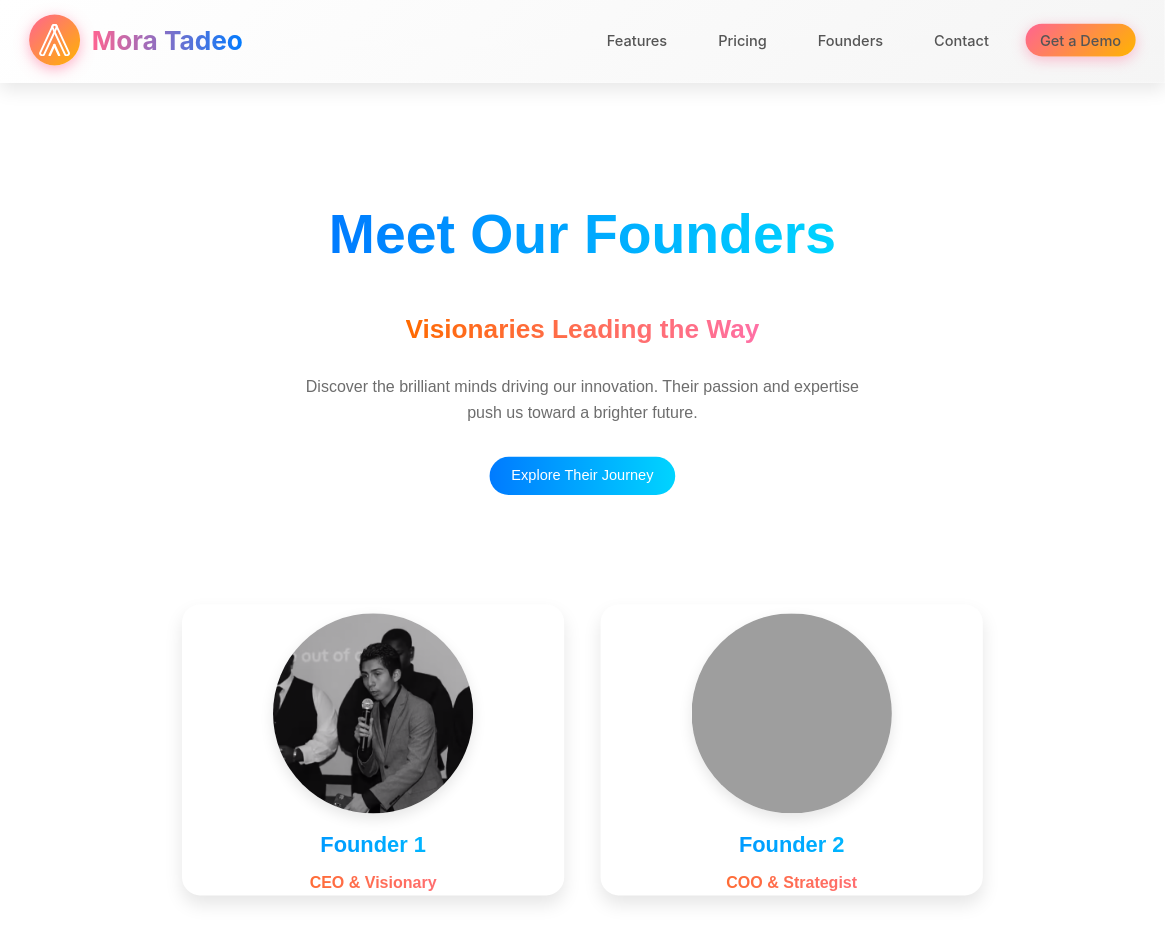
Repository: AbrahamM007/moratadeo
Page: /founders
These files come from the project's save history. The page is drawn as it stood at one moment and after the next save; the edit follows.
The browser window is 1280 px wide. The pictures show the whole page, at 91% of full size.
Pictures or frames that could not be fetched are drawn as grey boxes. The project was rebuilt for these pictures with package versions that can differ from the ones it lists, and the page was loaded fresh each time. Also part of the build but not shown: src/HeroSection.css, src/HeroSection.js, src/InfoSection.css, src/InfoSection.js, src/RoadmapSection.css, src/RoadmapSection.js, src/DesignPhaseSection.js, src/HeroBanner.js and 7 more.

Above is the page before, as saved 2025-01-12 22:46:10.

After the next save:
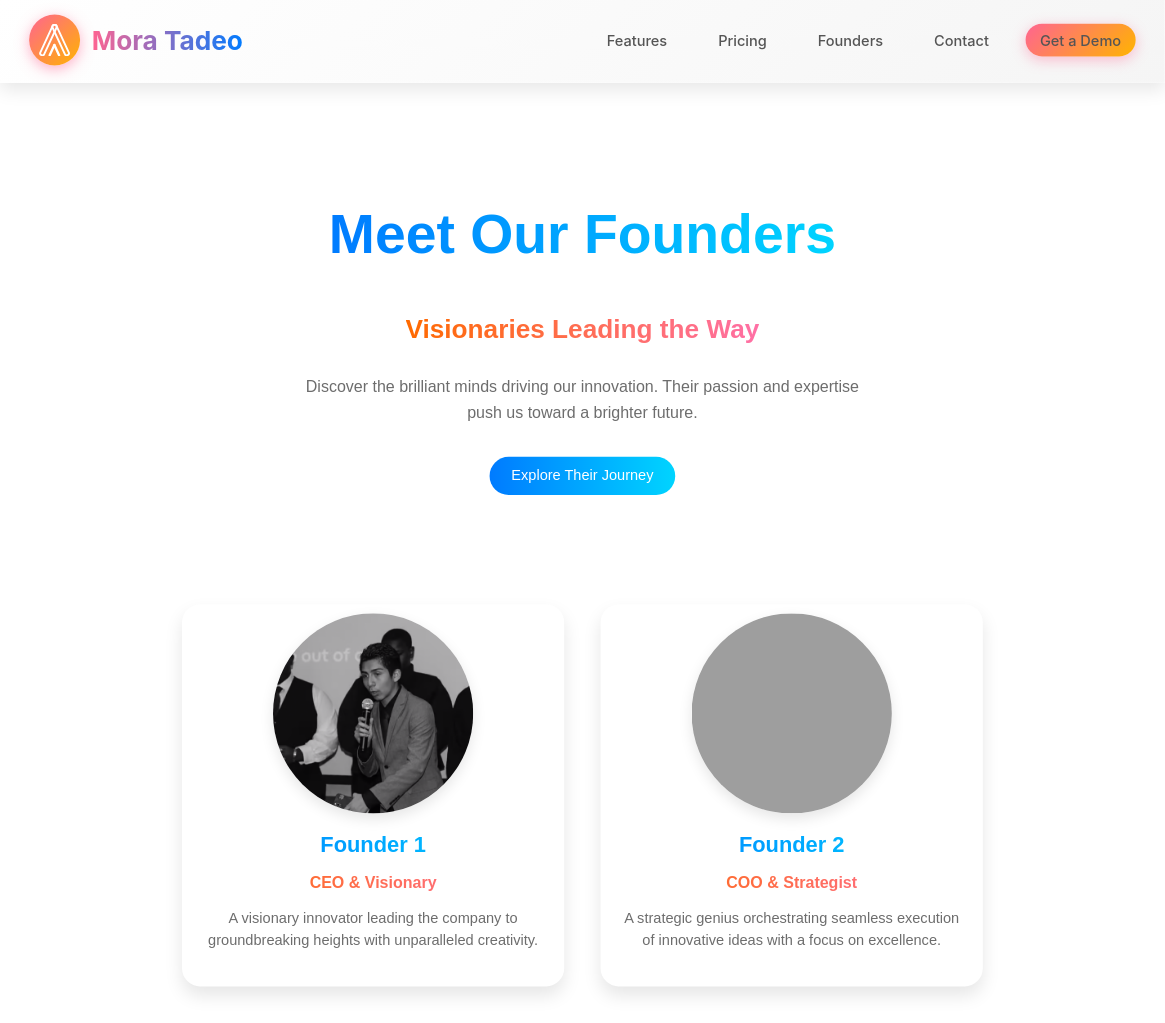
Saved 5 s later.
--- a/src/FoundersPage.css
+++ b/src/FoundersPage.css
@@ -81,7 +81,7 @@
     transition: transform 0.3s ease, box-shadow 0.3s ease;
     text-align: center;
     width: 400px;
-    height: 300px;
+    height: 400px;
     padding: 10px;
   }
 
